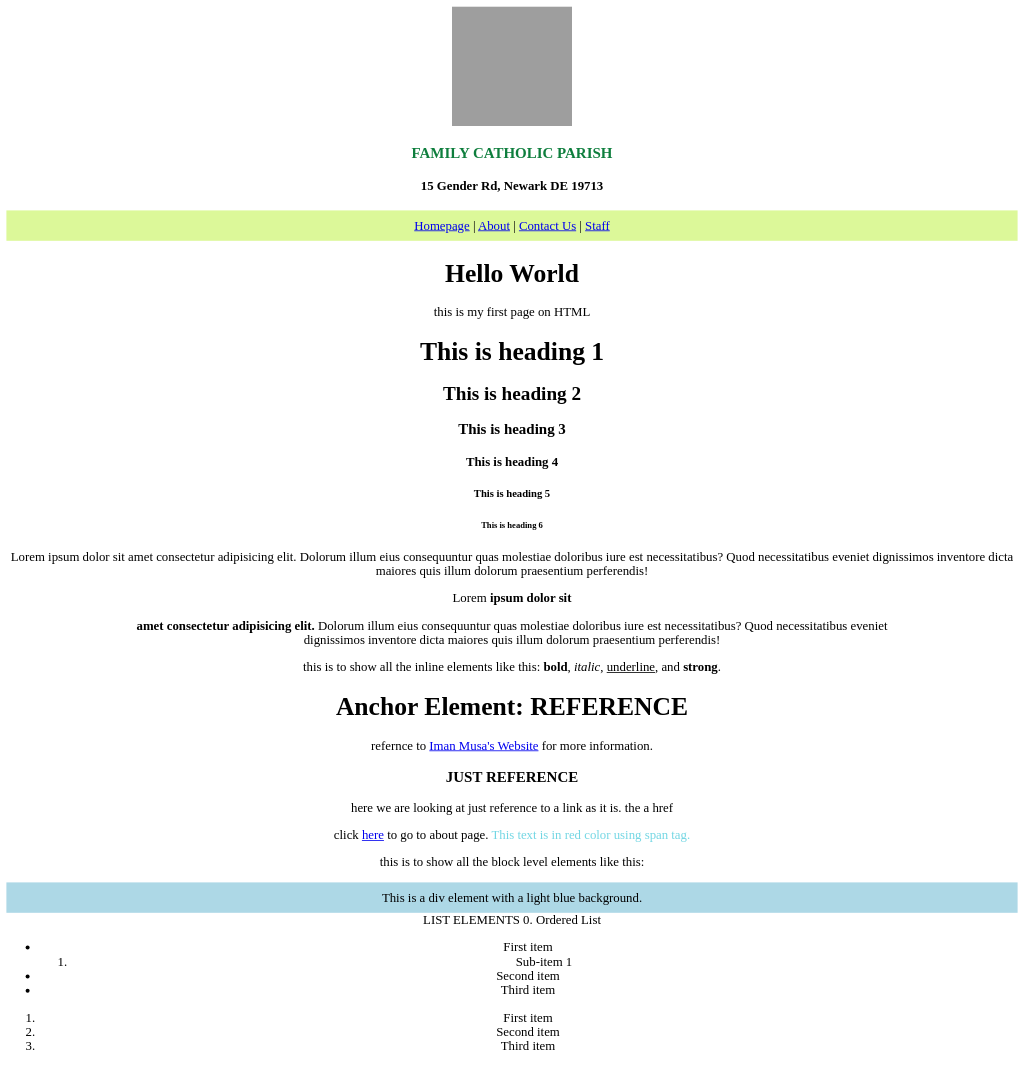
Repository: ficotims/HTML-RESTART
Page: Homepage.html
An editor plug-in stored every save of this project. The page is shown before and after the next save, followed by the edit.
The browser window is 1280 px wide. The pictures show the whole page, at 80% of full size.
Pictures or frames that could not be fetched are drawn as grey boxes.

Above is the page before, as saved 2026-02-03 05:57:59.

### Homepage.html
<!doctype html>
<html lang="en">
  <head>
    <meta charset="UTF-8" />
    <meta name="viewport" content="width=device-width, initial-scale=1.0" />
    <title>HTML Crash course with Iman Musa</title>
  </head>
  <body>
    <div style="text-align: center;">
      <img
        src="https://upload.wikimedia.org/wikipedia/commons/3/3f/Catholic_Church_in_United_States_logo.png"
        alt="Catholic Church Logo"
        width="150"
        height="150"
      />
    <h3><span style="color: rgb(14, 126, 61);"><b>FAMILY CATHOLIC PARISH</b></span></h3>
    <H4>15 Gender Rd, Newark DE 19713</H4>
    <!-- NAVIGATION SECTION -->
     <div style="background-color: rgb(220, 248, 153); padding: 10px">
    <a href="Homepage.html" target="_top">Homepage</a> |
    <a href="about.html">About</a> | <a href="Contact us.html">Contact Us</a> |
    <a href="staff.html">Staff</a>
     </div>

    <h1>Hello World</h1>
    <p>this is my first page on HTML</p>
    <!-- this is a comment and will not appear on the screen/ page -->
    <!-- let us introduce the headings -->
    <h1>This is heading 1</h1>
    <h2>This is heading 2</h2>
    <h3>This is heading 3</h3>
    <h4>This is heading 4</h4>
    <h5>This is heading 5</h5>
    <h6>This is heading 6</h6>

    <!-- thi is for paragraphs now -->
    <p>
      Lorem ipsum dolor sit amet consectetur adipisicing elit. Dolorum illum
      eius consequuntur quas molestiae doloribus iure est necessitatibus? Quod
      necessitatibus eveniet dignissimos inventore dicta maiores quis illum
      dolorum praesentium perferendis!
    </p>

    <p>
      Lorem <b>ipsum dolor sit <div>amet consectetur adipisicing elit.</b> Dolorum
      illum eius consequuntur quas molestiae doloribus iure est necessitatibus?
      Quod necessitatibus eveniet </div>dignissimos inventore dicta maiores quis illum
      dolorum praesentium perferendis!
    </p>


    <!-- this is for inline leve elements -->

    <p>
      this is to show all the inline elements like this: <b>bold</b>,
      <i>italic</i>, <u>underline</u>, and <strong>strong</strong>.
      <br />

      <!-- using the other inline elements: Anchor Elements (which are just links) -->
    </p>
    <h1>Anchor Element: REFERENCE</h1>
    refernce to
    <a href="https://www.google.com" target="_blank">Iman Musa's Website</a> for
    more information.
    <h3>JUST REFERENCE</h3>
    <p>here we are looking at just reference to a link as it is. the a href</p>
    click <a href="about.html" target="_blank">here</a> to go to about page.

    <!-- SPAN ELEMENT -->
    <span style="color: rgba(31, 190, 211, 0.63)">This text is in red color using span tag.</span>
    <p>
      <!-- now let us introduce the block level elements -->
      this is to show all the block level elements like this:
    </p>

    <div style="background-color: lightblue; padding: 10px">
      This is a div element with a light blue background.
    </div>

    <!-- this is LIST -->
<hi2>LIST ELEMENTS</h2>

    0. Ordered List

    <ul>
      <li>First item</li>
      <ol><li>Sub-item 1</li></ol>
      <li>Second item</li>
      <li>Third item</li>
    </ul>

    <ol>
      <li>First item</li>
      <li>Second item</li>
      <li>Third item</li>
    </ol>
  </body>
</html>

After the next save:
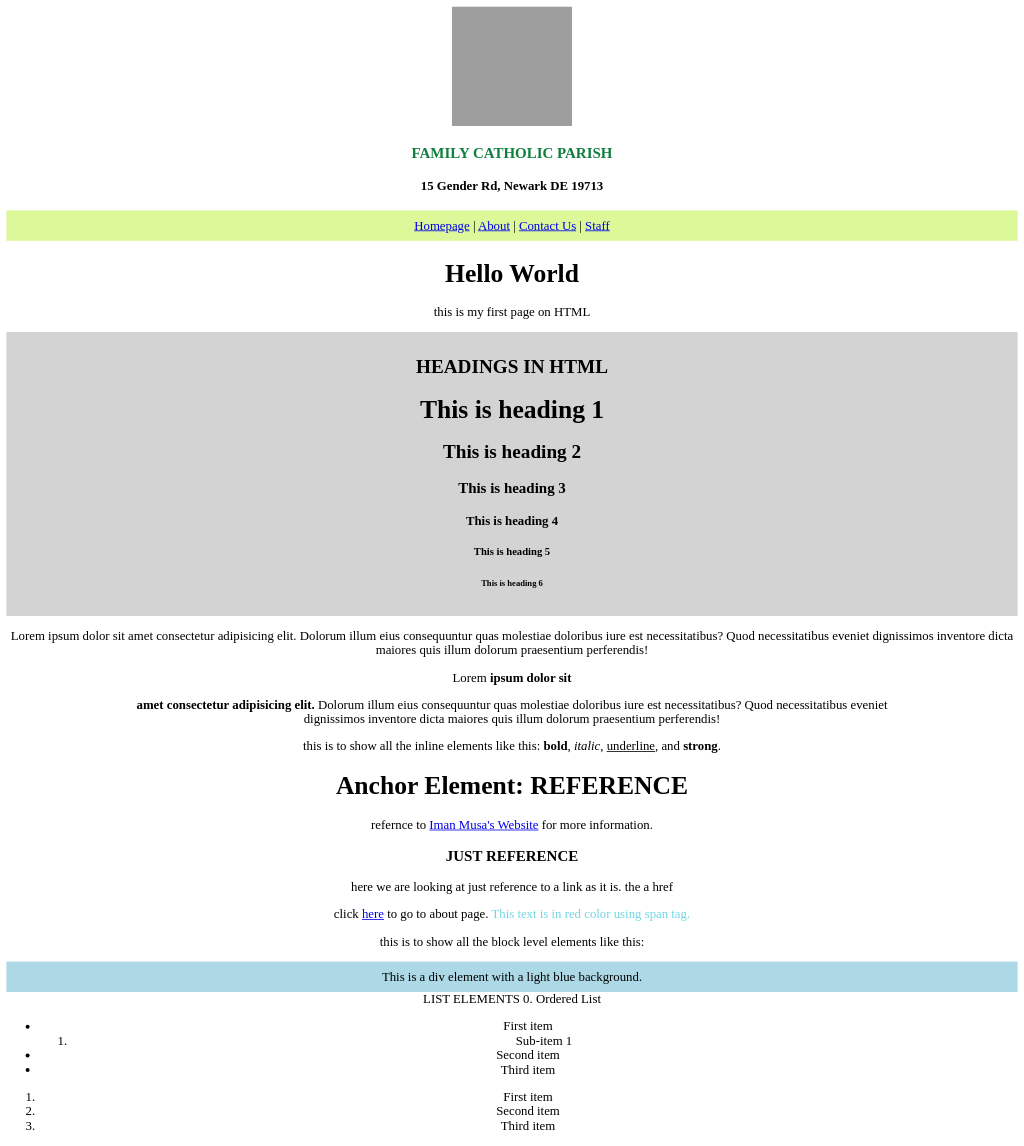
Saved 11 min 54 s later.
--- a/Homepage.html
+++ b/Homepage.html
@@ -26,12 +26,15 @@
     <p>this is my first page on HTML</p>
     <!-- this is a comment and will not appear on the screen/ page -->
     <!-- let us introduce the headings -->
+    <div style="background-color: lightgray; padding: 10px">
+      <h2>HEADINGS IN HTML</h2>
     <h1>This is heading 1</h1>
     <h2>This is heading 2</h2>
     <h3>This is heading 3</h3>
     <h4>This is heading 4</h4>
     <h5>This is heading 5</h5>
     <h6>This is heading 6</h6>
+    </div>
 
     <!-- thi is for paragraphs now -->
     <p>
